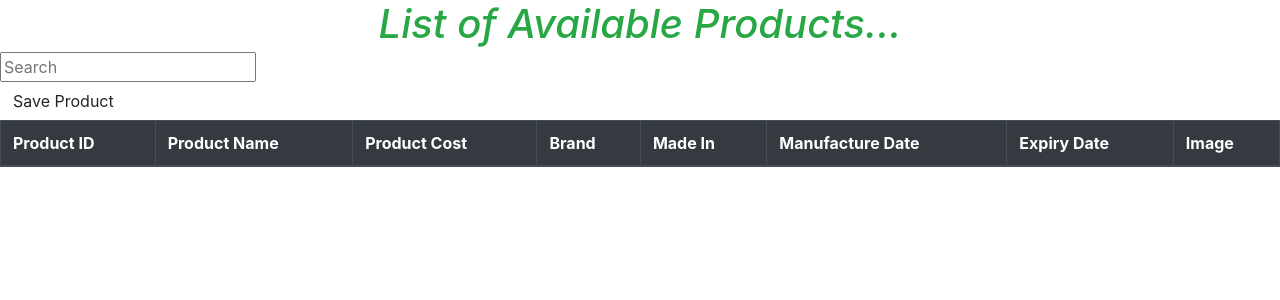
Repository: vineethGoudGithub/JavaApplications
Page: http://localhost/ProductManagementApp/productList.jsp
The author's editor kept a copy of each file at every save. The page is drawn from the files as they stood at one save, then again after the next save.
The browser window is 1280 px wide. The pictures show the whole page.
The page is served by Tomcat 9. Other server files are loaded and not shown. Queries for data that is not in the repository find no rows.

Above is the page before, as saved 2024-03-06 05:56:06.

### ProductManagementApp/src/main/webapp/productList.jsp
<%@page import="com.sathya.productapp.ProductDao"%>
<%@page language="java" contentType="text/html"%>
<%@ page import="java.util.Base64" %>
<%@taglib uri="http://java.sun.com/jsp/jstl/core" prefix="c"%>

<html>
<head>
<title>Product List</title>
 <!-- BootStrap CDN link to Get the Support of BootStrap -->
     <link rel="stylesheet" href="https://stackpath.bootstrapcdn.com/bootstrap/4.3.1/css/bootstrap.min.css">
</head>
<body>


<h1 class="text-center font-italic mb-1 text-success">List of Available Products...</h1>

<div>
	<input type="text" placeholder="Search">
</div>


<div>
	<a class="btn btn-sucess" href="add-product.html">Save Product</a>
</div>


<table class="table table-bordered table-striped">

<thead class="thead-dark">
        <tr>
            <th>Product ID</th>
            <th>Product Name</th>
            <th>Product Cost</th>
            <th>Brand</th>
            <th>Made In</th>
            <th>Manufacture Date</th>
            <th>Expiry Date</th>
            <th>Image</th>
        </tr>
</thead>

<tbody>

    <c:forEach var="product" items="<%=new ProductDao().findAll()%>">
    	<tr>
             <td>${product.proId}</td>
             <td>${product.proName}</td>
             <td>${product.proPrice}</td>
             <td>${product.proBrand}</td>
             <td>${product.proMadeIn}</td>
             <td>${product.proMfgDate}</td>
             <td>${product.proExpDate}</td>
    	<td>
            <img src="data:[embedded picture, 78 characters]" alt="Product Image" style="max-width: 100px; max-height: 100px;">
        </td>
        </tr>
    </c:forEach>


</tbody>









</table>


</body>
</html>

### ProductManagementApp/src/main/java/com/sathya/productapp/ProductDao.java
package com.sathya.productapp;

import java.sql.Connection;
import java.sql.PreparedStatement;
import java.sql.ResultSet;
import java.sql.SQLException;
import java.sql.Statement;
import java.util.ArrayList;
import java.util.List;

public class ProductDao {

	public int save(Product product) {
		//Declare the resources
		Connection connection = null;
		PreparedStatement preparedStatement = null;
		int saveResult = 0;

		try
		{ connection = DatabaseUtils.createConnection();
		  preparedStatement = connection.prepareStatement
				  ("insert into product_data values(?,?,?,?,?,?,?,?)");
		  preparedStatement.setString(1, product.getProId());
		  preparedStatement.setString(2, product.getProName());

		  preparedStatement.setDouble(3, product.getProPrice());
		  preparedStatement.setString(4, product.getProBrand());
		  preparedStatement.setString(5, product.getProMadeIn());

		  preparedStatement.setDate(6, product.getProMfgDate());
		  preparedStatement.setDate(7, product.getProExpDate());

		  preparedStatement.setBytes(8, product.getProImage());
		  saveResult = preparedStatement.executeUpdate();
	      } catch (SQLException e) {
	          e.printStackTrace();
	      }
		  finally {
			  try {
				  if(preparedStatement!=null)
					  preparedStatement.close();
				  if(connection!=null)
					  connection.close();
			  }
			  catch(SQLException e)
			  {	e.printStackTrace();
			  }
		  }
		  return saveResult;
	}



	public List<Product> findAll() {
        List<Product> productList = new ArrayList<Product>();

        //try-with resources :: Resources released automatically
        try(Connection connection = DatabaseUtils.createConnection();
        	Statement statement = connection.createStatement();)
        {
        	//Read the data from d store into ResultSet
        	ResultSet resultSet = statement.executeQuery("select * from product_data");

            //Read the data from ResultSet set to Product object & store into List
            //The loop repeated how many records present in table.
            while (resultSet.next()) {
	         	  Product product = new Product();
	         	  product.setProId(resultSet.getString("proId"));
				  product.setProName(resultSet.getString("proName"));
				  product.setProPrice(resultSet.getDouble("proPrice"));
				  product.setProBrand(resultSet.getString("proBrand"));
				  product.setProMadeIn(resultSet.getString("proMadeIn"));
				  product.setProMfgDate(resultSet.getDate("proMfgdate"));
				  product.setProExpDate(resultSet.getDate("proExpDate"));

				  product.setProImage(resultSet.getBytes(8));



				  productList.add(product);
            }
        } catch (SQLException e) {
            e.printStackTrace();
        }
        return productList;
    }

















}

### ProductManagementApp/src/main/java/com/sathya/productapp/DatabaseUtils.java
package com.sathya.productapp;

import java.sql.Connection;
import java.sql.DriverManager;
import java.sql.SQLException;

public class DatabaseUtils {
	public static Connection createConnection()
	{	Connection connection = null;
		try {
			Class.forName("oracle.jdbc.driver.OracleDriver");
			connection = DriverManager.getConnection("jdbc:oracle:thin:@localhost:1521:xe","system","manager");
		}
		catch(ClassNotFoundException | SQLException e)
		{	e.printStackTrace();
		}
		return connection;
	}

}

After the next save:
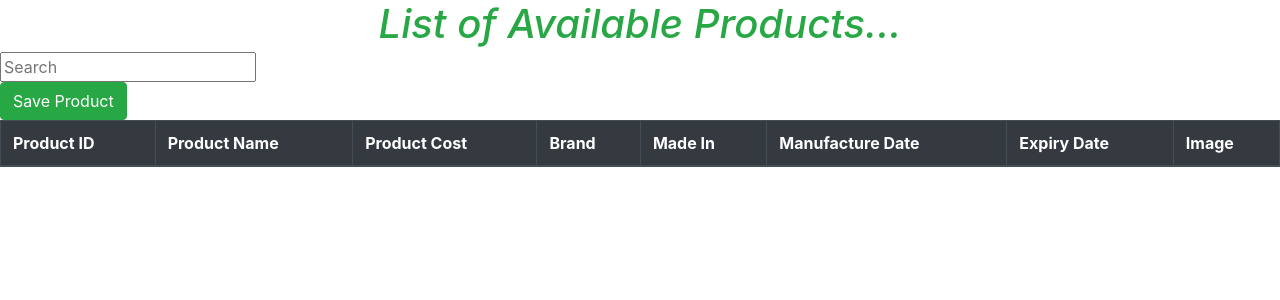
Saved 8 s later.
--- a/ProductManagementApp/src/main/webapp/productList.jsp
+++ b/ProductManagementApp/src/main/webapp/productList.jsp
@@ -20,7 +20,7 @@
 
 
 <div>
-	<a class="btn btn-sucess" href="add-product.html">Save Product</a>
+	<a class="btn btn-success" href="add-product.html">Save Product</a>
 </div>
 
 
